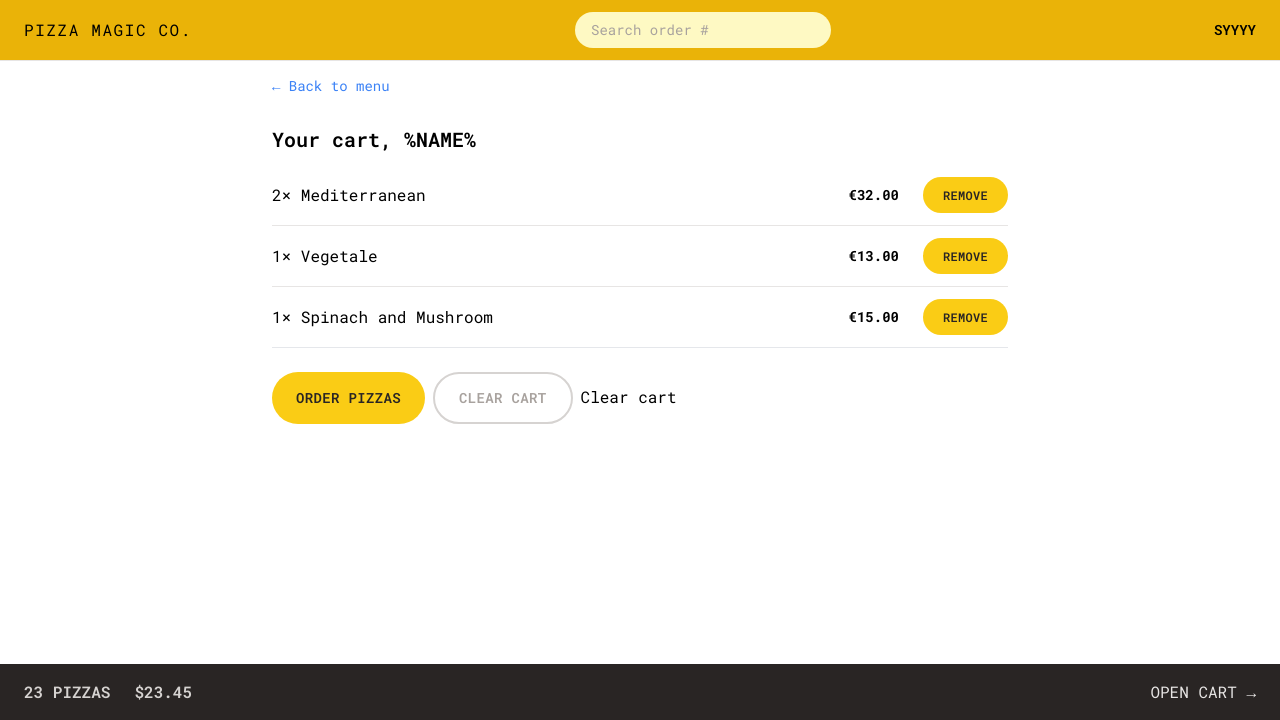
Repository: SyLe-Van/The-Pizza-Magic-web
Page: /cart
The author's editor kept a copy of each file at every save. The page is drawn from the files as they stood at one save, then again after the next save.
The browser window is 1280 px wide. The pictures show the whole page.
The project was rebuilt for these pictures with package versions that can differ from the ones it lists, and the page was loaded fresh each time. Also part of the build but not shown: vite.config.js, src/features/user/CreateUser.jsx, src/ui/Home.jsx, src/ui/Loader.jsx, src/services/apiRestaurant.js, src/features/menu/Menu.jsx, src/ui/Error.jsx, src/features/order/CreateOrder.jsx and 2 more. Imported but missing from the stored project, and not drawn on this page: src/features/menu/MenuItem.

Above is the page before, as saved 2024-07-28 23:08:08.

After the next save:
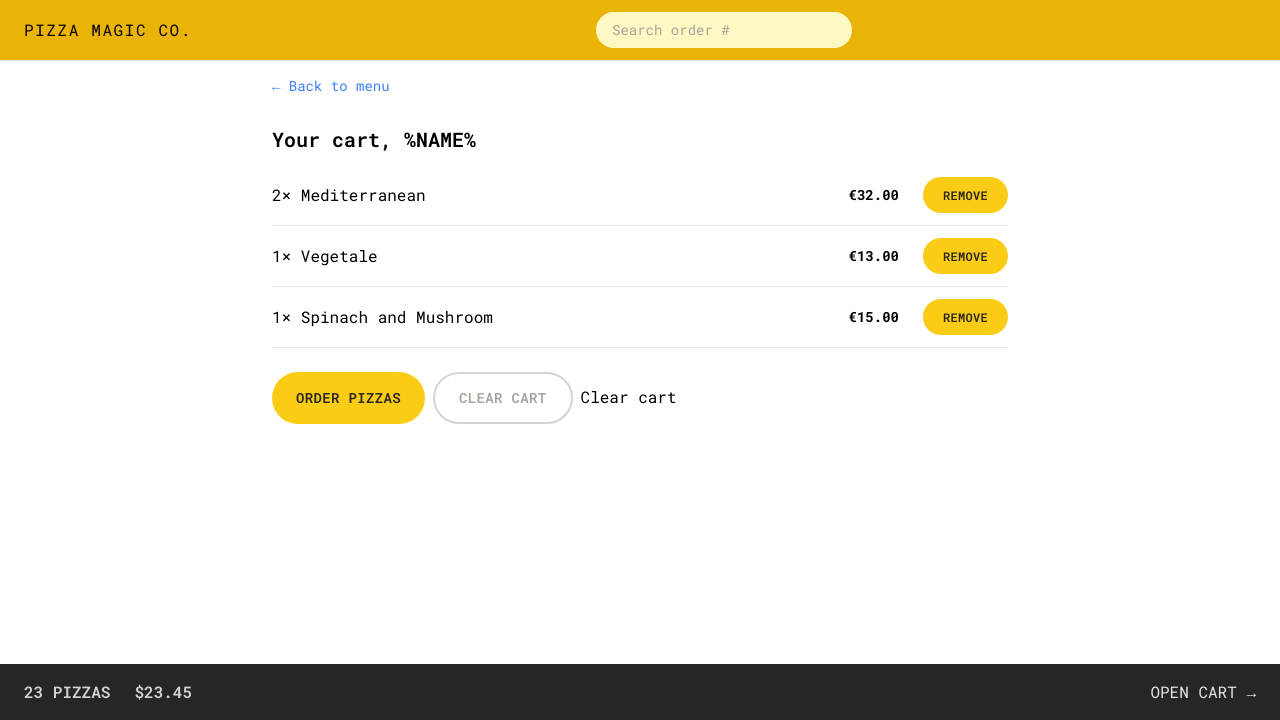
Saved 30 s later.
--- a/src/features/user/userSlice.js
+++ b/src/features/user/userSlice.js
@@ -22,7 +22,7 @@
 import { createSlice } from "@reduxjs/toolkit";
 
 const initialState = {
-  username: "Syyyy",
+  username: "",
 };
 const userSlice = createSlice({
   name: "user",
